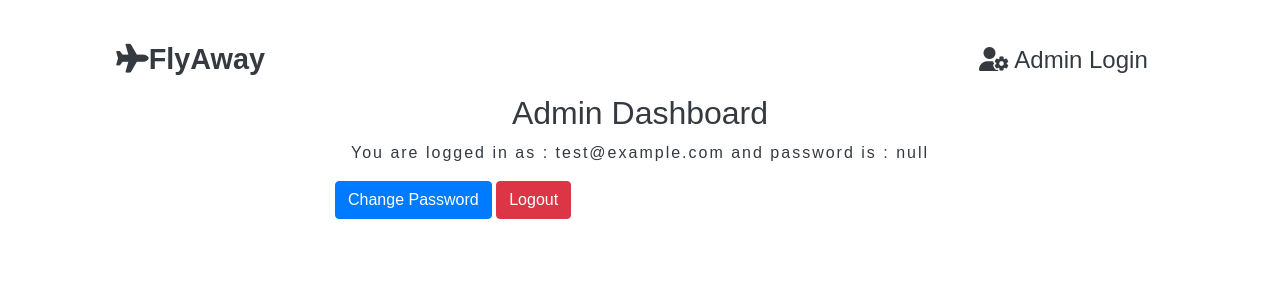
Repository: Niks4u2/FlyAway
Page: http://localhost/flyaway/dashboard.jsp
These files come from the project's save history. The page is drawn as it stood at one moment and after the next save; the edit follows.
The browser window is 1280 px wide. The pictures show the whole page.
Some web fonts or font styles are not loaded; a fallback is used. Some web libraries are served in a nearby version. The page is served by Tomcat 10. The session is filled in as if someone had signed in: {"email": "test@example.com"}.

Above is the page before, as saved 2021-09-26 07:27:44.

After the next save:
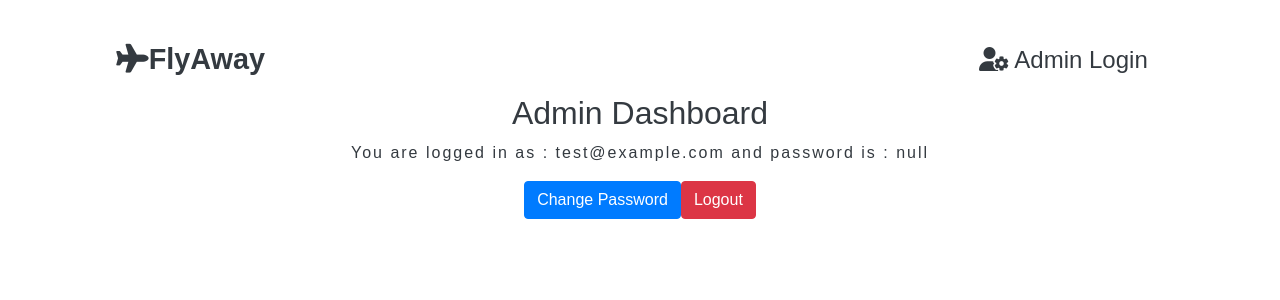
Saved 3 min 34 s later.
--- a/Source Code/flyaway/src/main/webapp/dashboard.jsp
+++ b/Source Code/flyaway/src/main/webapp/dashboard.jsp
@@ -80,7 +80,7 @@
                 <p>You are logged in as : <%= session.getAttribute("email") %> and password is : <%= session.getAttribute("password") %> </p>
             </div>
 
-            <div class="col-md-6 justify-content-center align-items-center">
+            <div class="col-md-12 d-flex justify-content-center align-items-center">
                 <button class="btn btn-primary">Change Password</button>
                 <a href="LogoutServlet"><button class="btn btn-danger">Logout</button></a>
             </div>
